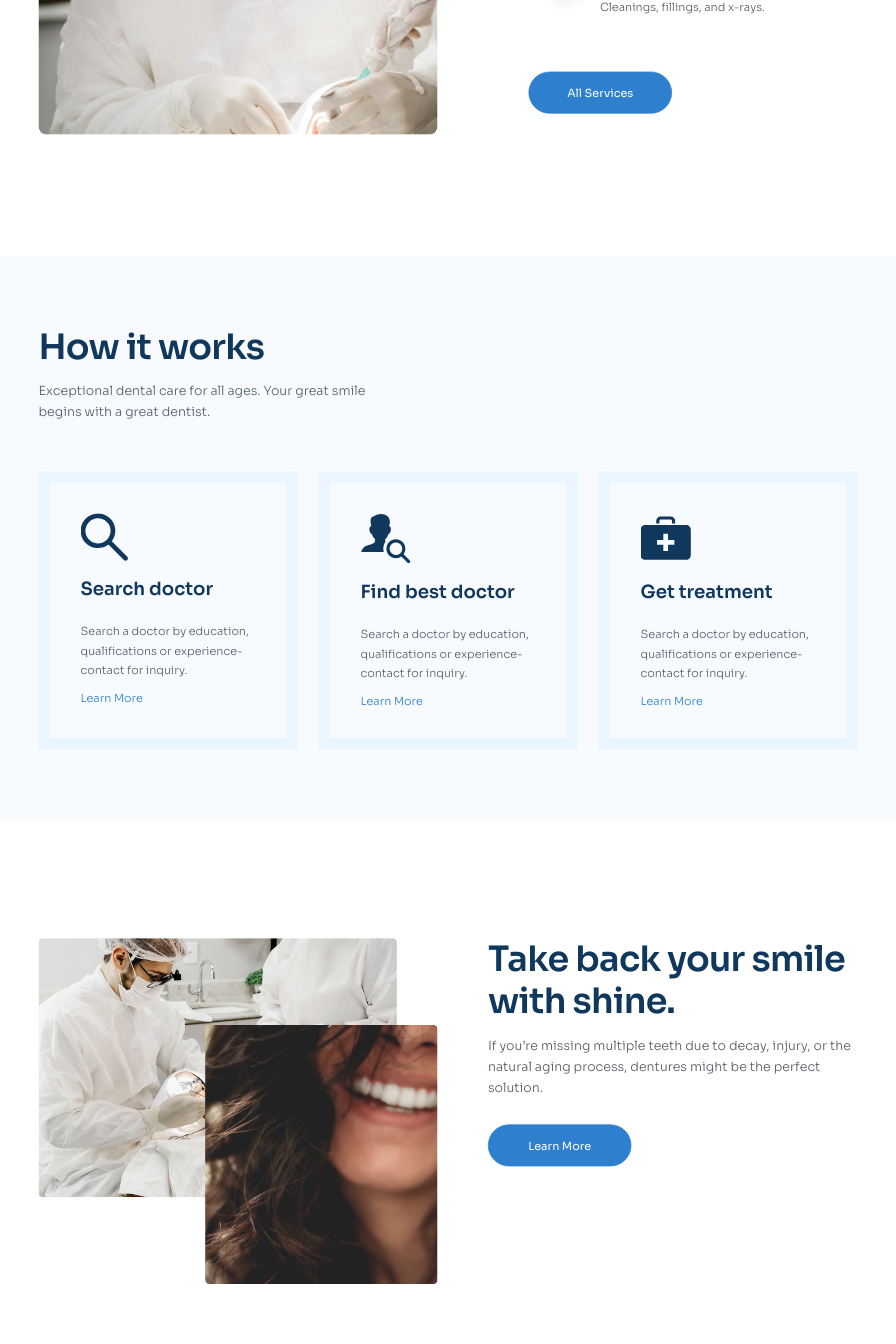
Repository: anhtien111198/f8-htmlcss-03
Page: index.html
The author's editor kept a copy of each file at every save. The page is drawn from the files as they stood at one save, then again after the next save.
The browser window is 1280 px wide. The pictures show the part of the page from y = 1475 to 3395 px (the page is 3395 px tall), at 70% of full size.

Above is the page before, as saved 2023-05-13 15:23:38.

After the next save:
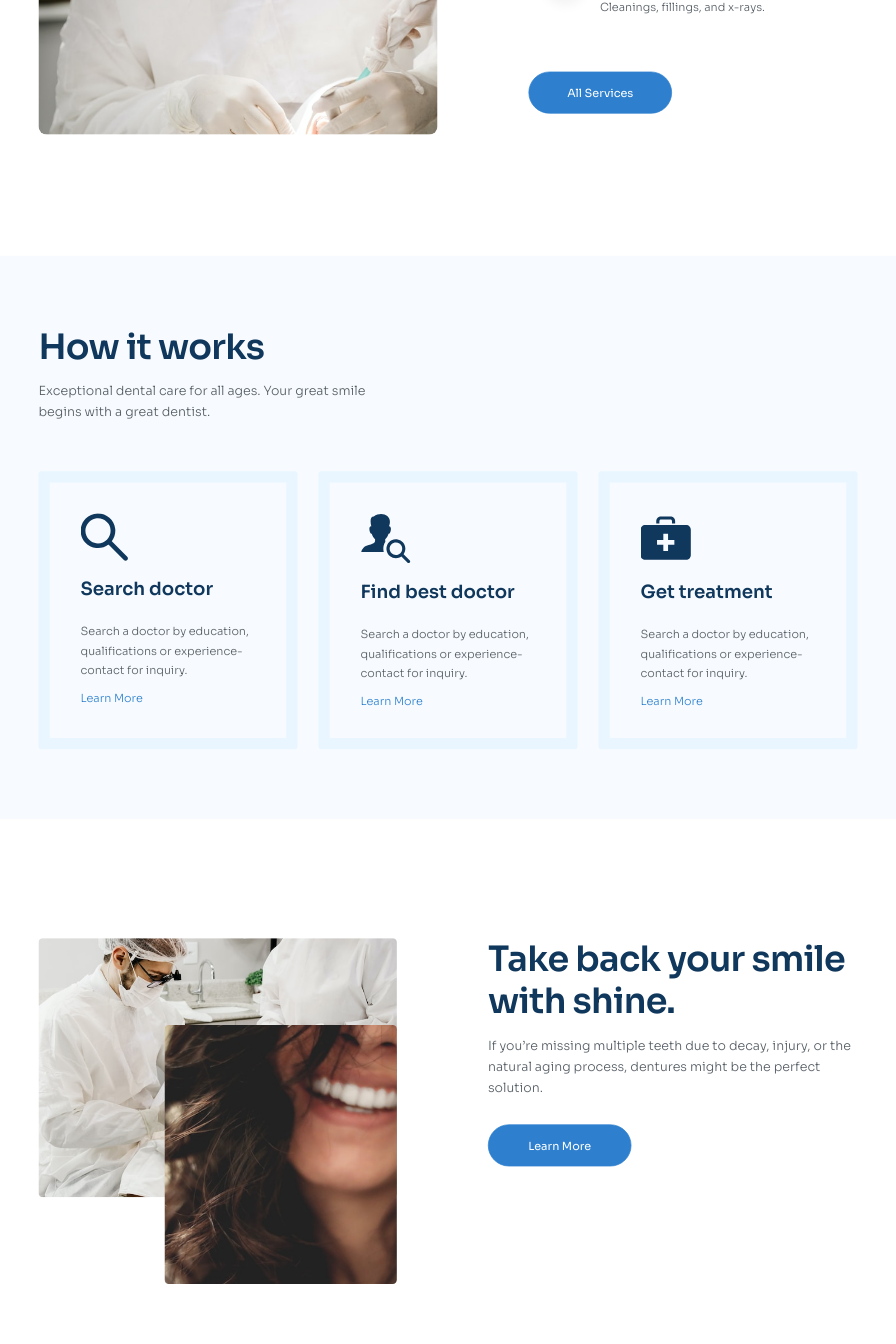
Saved 100 s later.
--- a/assets/css/style.css
+++ b/assets/css/style.css
@@ -345,7 +345,6 @@ a {
     position: absolute;
     right: 0;
     bottom: 0;
-    left: 238px;
     width: 332px;
     height: 370px;
 }
